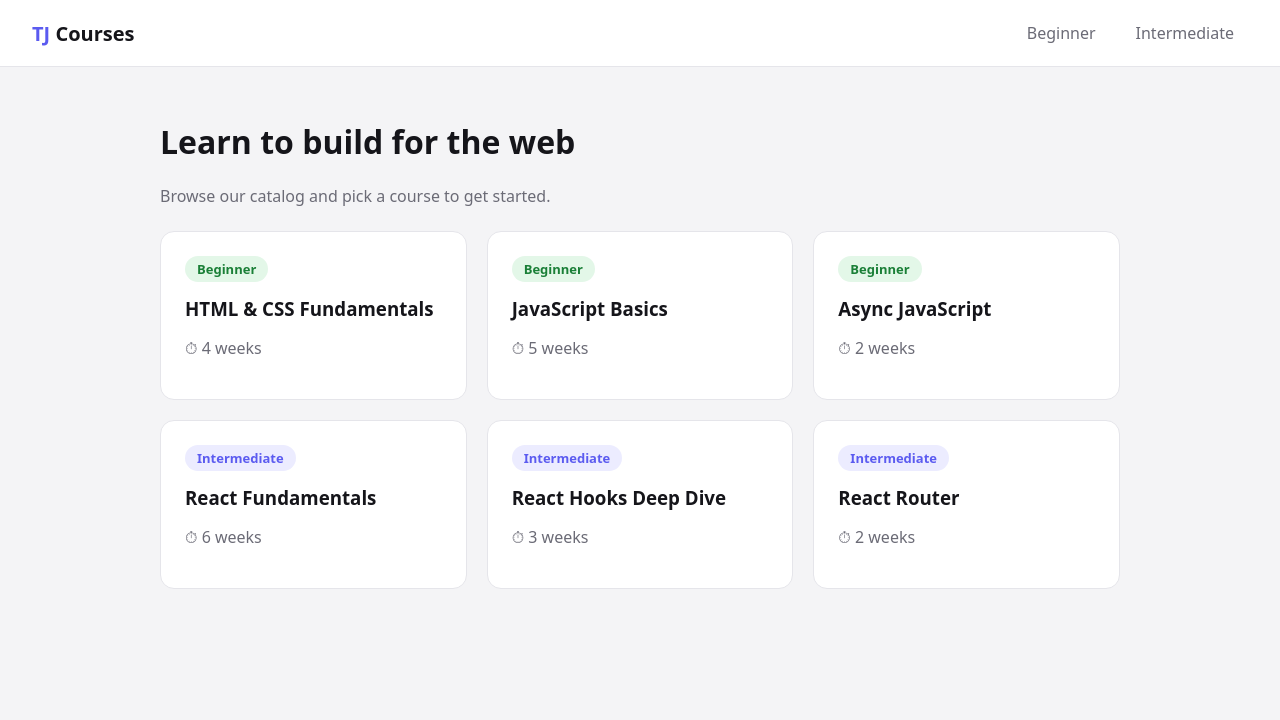
Repository: Daki-builds/Course-Catalog
Page: /
An editor plug-in stored every save of this project. The page is shown before and after the next save, followed by the edit.
The browser window is 1280 px wide. The pictures show the whole page.
The project was rebuilt for these pictures with package versions that can differ from the ones it lists, and the page was loaded fresh each time. Also part of the build but not shown: vite.config.js, src/Pages/CourseDetail.jsx, src/Pages/Category.jsx, src/Pages/NotFound.jsx.

Above is the page before, as saved 2026-11-04 11:39:18.

After the next save:
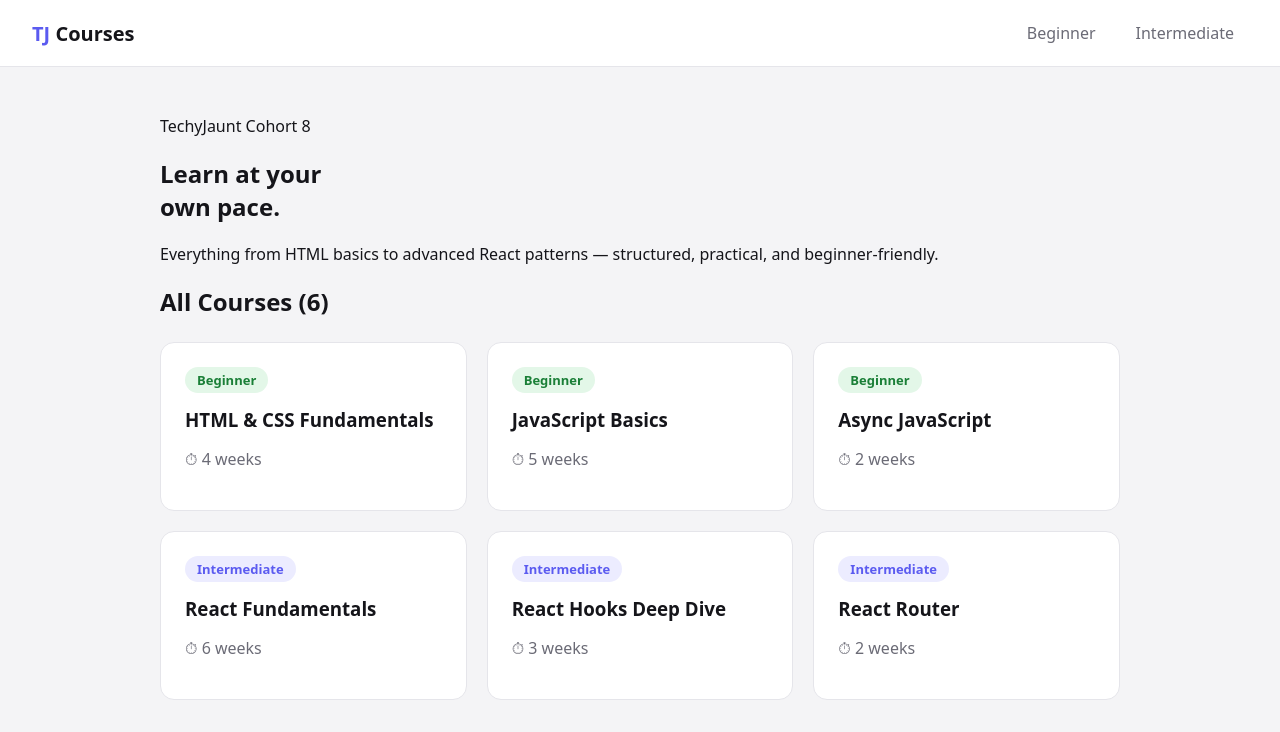
Saved 9 min 10 s later.
--- a/src/Pages/Home.jsx
+++ b/src/Pages/Home.jsx
@@ -4,10 +4,23 @@ import CourseCard from "../components/CourseCard";
 export default function Home() {
   return (
     <>
-      <h1>Learn to build for the web</h1>
-      <p className="muted">
-        Browse our catalog and pick a course to get started.
-      </p>
+      <section className="hero">
+        <p className="eyebrow">TechyJaunt Cohort 8</p>
+        <h1>
+          Learn at your <br /> own pace.
+        </h1>
+        <p className="intro">
+          Everything from HTML basics to advanced React patterns — structured,
+          practical, and beginner-friendly.
+        </p>
+      </section>
+
+      <div className="section-head">
+        <h2>
+          All Courses <span className="count">({courses.length})</span>
+        </h2>
+      </div>
+
       <div className="grid">
         {courses.map((c) => (
           <CourseCard key={c.slug} course={c} />
